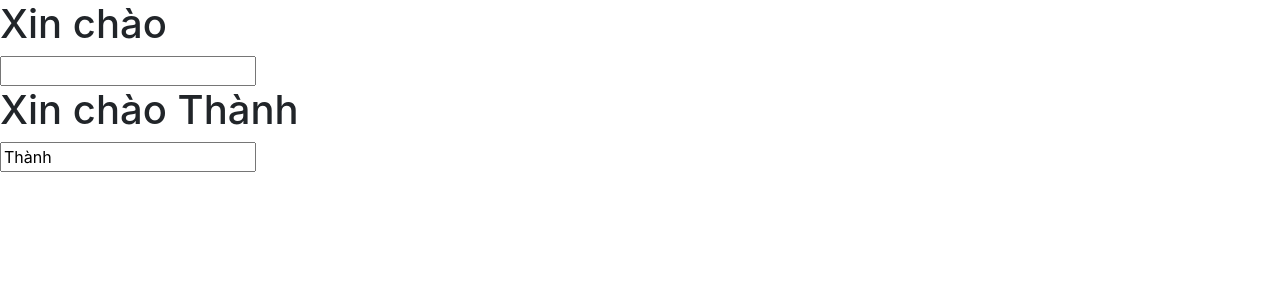
Repository: anhthanh96vp/pre-learner
Page: Vuejs/component/5-component.html
These files come from the project's save history. The page is drawn as it stood at one moment and after the next save; the edit follows.
The browser window is 1280 px wide. The pictures show the whole page.
Some web libraries are served in a nearby version.

Above is the page before, as saved 2018-05-24 14:26:38.

After the next save:
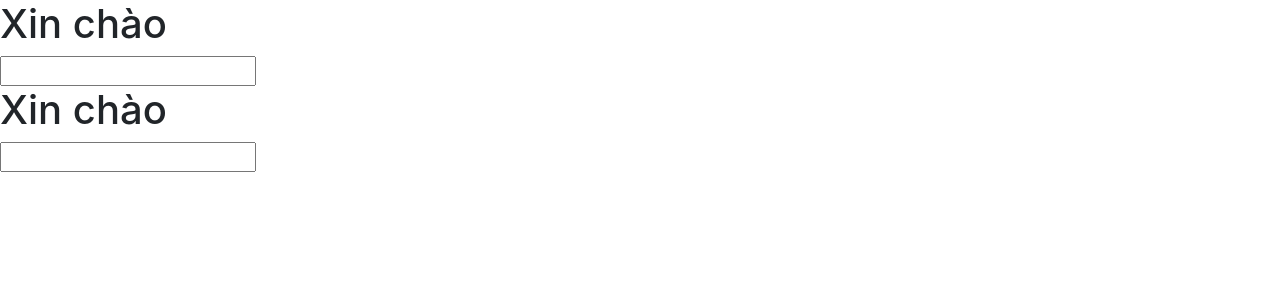
Saved 9 s later.
--- a/Vuejs/component/5-component.html
+++ b/Vuejs/component/5-component.html
@@ -21,8 +21,8 @@
 
     <template id="all-template">
         <div>
-        <hello-component :user-name="userName"></hello-component>
-        <form-component :user-name="userName"></form-component>
+        <hello-component ></hello-component>
+        <form-component ></form-component>
         </div>
     </template>
 

After the save that followed:
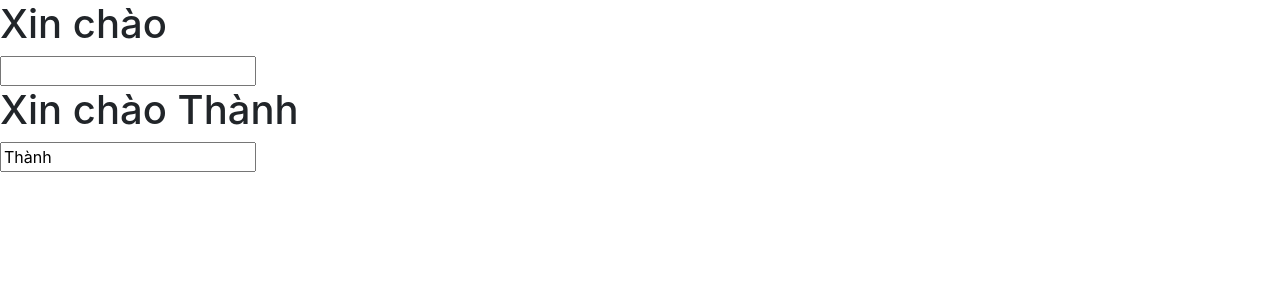
Saved 6 s later.
--- a/Vuejs/component/5-component.html
+++ b/Vuejs/component/5-component.html
@@ -21,8 +21,8 @@
 
     <template id="all-template">
         <div>
-        <hello-component ></hello-component>
-        <form-component ></form-component>
+        <hello-component :user-name="userName"></hello-component>
+        <form-component :user-name="userName"></form-component>
         </div>
     </template>
 
